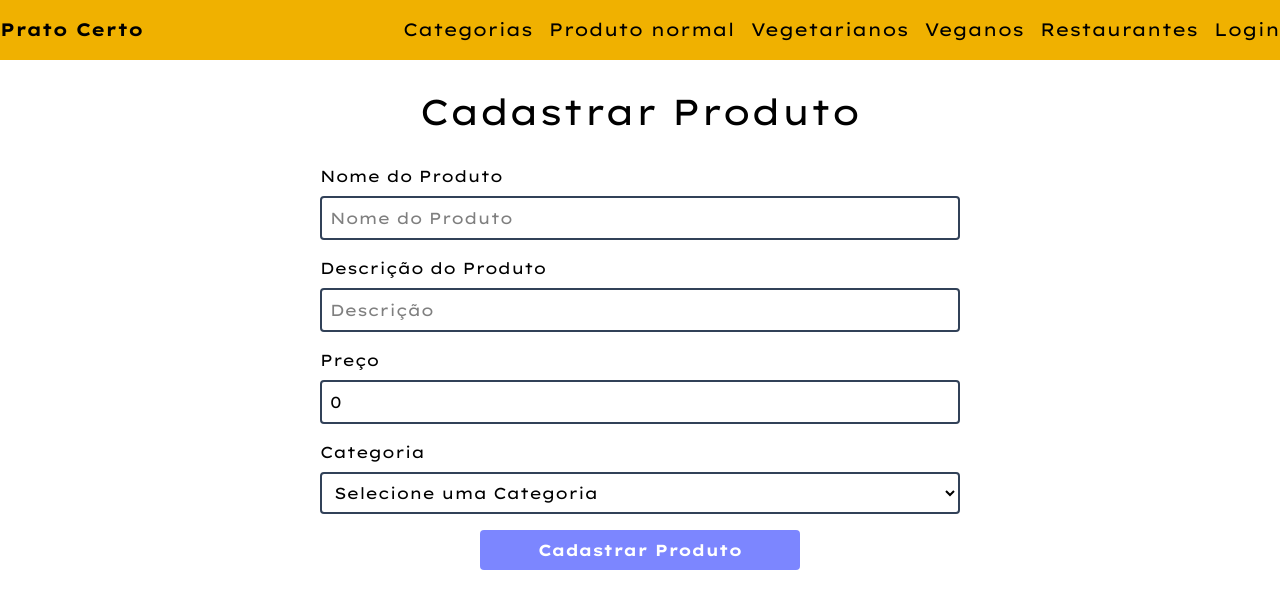
Repository: Projeto-Integrador01/pratocerto-front
Page: /cadastrarproduto
These files come from the project's save history. The page is drawn as it stood at one moment and after the next save; the edit follows.
The browser window is 1280 px wide. The pictures show the whole page.
The page's requests for data from a server got no answer. The project was rebuilt for these pictures with package versions that can differ from the ones it lists, and the page was loaded fresh each time. No one was signed in, and anything a server would have sent is missing. Also part of the build but not shown: vite.config.ts, src/pages/home/Home.tsx, src/pages/cadastro/Cadastro.tsx, src/pages/login/Login.tsx, src/components/produtos/deletarproduto/DeletarProduto.tsx, src/components/produtos/modalexcluirproduto/ModalExcluirProduto.tsx, src/components/produtos/modaleditarproduto/ModalEditarProduto.tsx, src/components/produtos/cardprodutos/CardProdutos.tsx and 2 more.

Above is the page before, as saved 2025-03-05 13:55:56.

### index.html
<!doctype html>
<html lang="pt-br">
<head>
    <meta charset="UTF-8" />
    <link rel="icon" type="image/png" href="https://s10.aconvert.com/convert/p3r68-cdx67/ay78h-9nhin.png" />
    <meta name="viewport" content="width=device-width, initial-scale=1.0" />
    <title>Prato Certo</title>
</head>
<body>
    <div id="root"></div>
    <script type="module" src="/src/main.tsx"></script>
</body>
</html>

### src/index.css

@import url('https://fonts.googleapis.com/css2?family=Lexend+Giga:wght@100..900&display=swap');
@import "tailwindcss";

@theme {
    --font-Lexend: 'Lexend Giga', sans-serif;
    --font-Century: 'Century Gothic', sans-serif;

    --color-verde-1: #025920;
    --color-verde-2: #327349;
    --color-verde-3: #2A593B;

    --color-bege-1: #F2EEB6;
    --color-bege-2: #F2DAAC;

    --color-preto: #000000;

    --color-branco: #FFFFFF;

    --color-cinza-1: #D2D2D2;
    --color-cinza-2: #BDBDBD;

    --color-vermelho: #DF5454;

  }

  body {
    font-family: var(--font-Lexend);
}

.logo {
  font-family: var(--font-Century);
  font-size: 20px;
}

### src/App.tsx
import { BrowserRouter, Route, Routes } from 'react-router-dom';
import { ToastContainer } from 'react-toastify';
import Footer from './components/footer/Footer';
import Navbar from './components/navbar/Navbar';
import { AuthProvider } from './contexts/AuthContext';
import Home from './pages/home/Home';
import FormProduto from './components/produtos/formprodutos/FormProduto';
import Cadastro from './pages/cadastro/Cadastro';
import Login from './pages/login/Login';
import ListaProduto from './components/produtos/listaproduto/ListaProduto';



function App() {
  return (
    <>
      <AuthProvider>
        <ToastContainer />
        <BrowserRouter>
          <Navbar />
          <div className='min-h-[80vh'>
            <Routes>
              <Route path='/' element={<Login />} />
              <Route path='/home' element={<Home />} />
              <Route path="/login" element={<Login />} />
              <Route path="/cadastro" element={<Cadastro />} />
              <Route path='/form' element={<FormProduto />} />
              <Route path="/produtos" element={<ListaProduto />} />
              <Route path="/cadastrarproduto" element={<FormProduto />} />
              <Route path="/cadastrarproduto/:id" element={<FormProduto />} />
              <Route path="/editarproduto/:id" element={<FormProduto />} />

            </Routes>
          </div>
          <Footer />
        </BrowserRouter>
      </AuthProvider>
    </>
  );
}

export default App;

### src/components/footer/Footer.tsx
import { FacebookLogo, InstagramLogo, LinkedinLogo } from '@phosphor-icons/react'
import { ReactNode, useContext } from 'react'
import { AuthContext } from '../../contexts/AuthContext'

function Footer() {

    const { usuario } = useContext(AuthContext)
    let data = new Date().getFullYear()

    let component: ReactNode

    if (usuario.token !== "") {
        component = (
            <div className="bg-bege-2 text-white p-4">
                <div className="container mx-auto py-8">
                    {/* Seção superior com os textos */}
                    <div className="flex justify-between items-start pb-4 text-verde-2">
                        <div className="flex flex-col">
                            <a href="COLOCAR LINK" target="_blank" rel="noopener noreferrer"
                                className="text-lg hover:text-verde-1 hover:scale-105 transition-colors duration-300">
                                | Sobre nós
                            </a>
                            <a href="COLOCAR LINK" target="_blank" rel="noopener noreferrer"
                                className="text-lg hover:text-verde-1 hover:scale-105 transition-colors duration-300">
                                | Nosso Objetivo
                            </a>
                            <a href="COLOCAR LINK" target="_blank" rel="noopener noreferrer"
                                className="text-lg hover:text-verde-1 hover:scale-105 transition-colors duration-300">
                                | Agradecimentos
                            </a>
                            <a href="COLOCAR LINK" target="_blank" rel="noopener noreferrer"
                                className="text-lg hover:text-verde-1 hover:scale-105 transition-colors duration-300">
                                | Fale Conosco
                            </a>
                        </div>
                        <div className="flex items-center gap-4">
                            <img
                                width="100px"
                                src="/src/assets/img/logo/logo_gen_preto.svg"
                                alt="Generation"
                                className="self-start"
                            />
                        </div>
                    </div>

                    {/* Linha horizontal fina */}
                    <div className="border-t border-verde-2 my-4"></div>

                    {/* Rodapé com o logo do "Prato Certo" */}
                    <div className="flex justify-between items-center">
                        <div className="flex items-center gap-4">
                            <img
                                width="40px"
                                height="40px"
                                src="/src/assets/img/logo/logo_puro.svg"
                                className="self-start"
                                alt="Prato Certo Logo"
                            />
                            <div className="flex flex-col items-start space-y-0.5">
                                <h2 className="font-bold">
                                    <span className="logo font-normal text-preto">PRATO</span>
                                    <span className="logo font-bold text-verde-2">CERTO</span>
                                </h2>
                                <span className='text-sm text-preto'>© {data} codArte</span>
                            </div>
                        </div>

                        {/* Logos das redes sociais */}
                        <div className="flex flex-col items-start space-y-0.5">
                            <p className="text-lg text-verde-2">Redes Sociais</p>
                            <div className="flex gap-4">
                                <a
                                    href="COLOCAR LINK"
                                    target="_blank"
                                    rel="noopener noreferrer"
                                    className="text-verde-2 hover:text-verde-3 hover:scale-110 transition-all duration-300">
                                    <LinkedinLogo size={32} weight="thin" />
                                </a>
                                <a
                                    href="COLOCAR LINK"
                                    target="_blank"
                                    rel="noopener noreferrer"
                                    className="text-verde-2 hover:text-verde-3 hover:scale-110 transition-all duration-300">
                                    <InstagramLogo size={32} weight="thin" />
                                </a>
                                <a
                                    href="COLOCAR LINK"
                                    target="_blank"
                                    rel="noopener noreferrer"
                                    className="text-verde-2 hover:text-verde-3 hover:scale-110 transition-all duration-300">
                                    <FacebookLogo size={32} weight="thin" />
                                </a>
                            </div>
                        </div>
                    </div>
                </div>
            </div>
        )
    }

    return (
        <>
            {component}
        </>
    )
}

export default Footer

### src/components/navbar/Navbar.tsx
import { useContext } from "react";
import { Link } from "react-router-dom";
import { AuthContext } from "../../contexts/AuthContext";

function Navbar() {
    const { usuario } = useContext(AuthContext);

    return (
        <div className="w-full flex justify-center py-4 bg-yellow-500 text-black">
            <div className="container flex justify-between text-lg">
                <span className="font-bold">Prato Certo</span>

                <div className="flex gap-4">
                    <span>Categorias</span>

                    {usuario.id !== 0 && (
                        <Link to="/produtos">Produto Logado</Link>
                    )}
                    {usuario.id === 0 && <Link to="/listarprodutos">Produto normal</Link>}

                    <span>Vegetarianos</span>
                    <span>Veganos</span>
                    <span>Restaurantes</span>


                    {usuario.id === 0 ? (
                        <Link to="/login">Login</Link>
                    ) : (
                        <button className="bg-red-500 px-3 py-1 rounded">Sair</button>
                    )}
                </div>
            </div>
        </div>
    );
}

export default Navbar;

### src/contexts/AuthContext.tsx
import { createContext, ReactNode, useState } from "react";
import RestauranteLogin from "../models/RestauranteLogin";
import { ToastAlerta } from "../utils/ToastAlerta";
import { login } from "../services/Service";

interface AuthContextProps{
    usuario: RestauranteLogin
    handleLogout(): void
    handleLogin(usuario: RestauranteLogin): Promise<void>
    isLoading: boolean
}

interface AuthProviderProps{
    children: ReactNode
}

export const AuthContext = createContext({} as AuthContextProps)

export function AuthProvider({ children }: AuthProviderProps) {

    const [usuario, setUsuario] = useState<RestauranteLogin>({
        id: 0,
        nome: "",
        usuario: "",
        senha: "",
        foto: "",
        endereco: "",
        token: "",
    })



    const [isLoading, setIsLoading] = useState(false)

    async function handleLogin(restauranteLogin: RestauranteLogin) {
        setIsLoading(true);
        try {
            await login('/restaurantes/logar', restauranteLogin, setUsuario); // Aqui você vai preencher o 'usuario' com os dados do restaurante
            ToastAlerta("Usuário foi autenticado com sucesso!", "sucesso");
        } catch (error) {
            ToastAlerta("Os dados do Usuário estão inconsistentes", "erro");
        }
        setIsLoading(false);
    }


    function handleLogout(){
        setUsuario({
            id: 0,
            nome: "",
            usuario: "",
            senha: "",
            foto: "",
            endereco: "",
            token: ""
        })
    }

    return (
        <AuthContext.Provider value={{ usuario,  handleLogin, handleLogout, isLoading }}>
            {children}
        </AuthContext.Provider>
    )
}

### src/components/produtos/formprodutos/FormProduto.tsx
import { useState, useContext, useEffect, ChangeEvent } from "react";
import { useNavigate } from "react-router-dom";
import { atualizar, cadastrar, buscarLogado } from "../../../services/Service";
import { RotatingLines } from "react-loader-spinner";
import { ToastAlerta } from "../../../utils/ToastAlerta";
import { AuthContext } from "../../../contexts/AuthContext";
import Categoria from "../../../models/Categoria";
import Produto from "../../../models/Produtos";

interface FormProdutoProps {
    produtoId?: string;
}

function FormProduto({ produtoId }: FormProdutoProps) {
    const navigate = useNavigate();
    const [isLoading, setIsLoading] = useState(false);
    const [categorias, setCategorias] = useState<Categoria[]>([]);
    const [categoria, setCategoria] = useState<Categoria>({} as Categoria);
    const { usuario, handleLogout } = useContext(AuthContext);
    const token = usuario.token;

    const [produto, setProduto] = useState<Produto | null>(null);

    useEffect(() => {
        buscarCategorias();
        if (produtoId) {
            buscarProdutoPorId(produtoId);
        } else {
            setProduto({
                id: "",
                nome: "",
                descricao: "",
                preco: 0,
                foto: "",
                tipoAlimento: "",
                categoria: {} as Categoria,
                restaurante: usuario,
            });
        }
    }, [produtoId]);

    async function buscarProdutoPorId(id: string) {
        try {
            await buscarLogado(`/produtos/${id}`, (data: Produto) => {
                setProduto(data);
                setCategoria(data.categoria);
            }, {
                headers: { Authorization: token },
            });
        } catch (error: any) {
            if (error.toString().includes("403")) {
                handleLogout();
            }
        }
    }

    async function buscarCategorias() {
        try {
            await buscarLogado("/categorias", setCategorias, {
                headers: { Authorization: token },
            });
        } catch (error: any) {
            if (error.toString().includes("403")) {
                handleLogout();
            }
        }
    }

    function atualizarEstado(e: ChangeEvent<HTMLInputElement | HTMLSelectElement>) {
        if (!produto) return;

        setProduto({
            ...produto,
            [e.target.name]: e.target.value,
            categoria: categoria,
            restaurante: usuario,
        });
    }

    async function enviarFormulario(e: ChangeEvent<HTMLFormElement>) {
        e.preventDefault();
        setIsLoading(true);

        try {
            if (produtoId) {
                await atualizar("/produtos", produto, setProduto, {
                    headers: { Authorization: token },
                });
                ToastAlerta("Produto atualizado com sucesso!", "sucesso");
            } else {
                await cadastrar("/produtos", produto, setProduto, {
                    headers: { Authorization: token },
                });
                ToastAlerta("Produto cadastrado com sucesso!", "sucesso");
            }
        } catch (error: any) {
            if (error.toString().includes("403")) {
                handleLogout();
            } else {
                ToastAlerta(`Erro ao ${produtoId ? "atualizar" : "cadastrar"} produto!`, "erro");
            }
        }

        setIsLoading(false);
        navigate("/produtos");
    }

    if (!produto) return <p>Carregando...</p>;

    return (
        <div className="container flex flex-col mx-auto items-center">
            <h1 className="text-4xl text-center my-8">
                {produtoId ? "Editar Produto" : "Cadastrar Produto"}
            </h1>

            <form className="flex flex-col w-1/2 gap-4" onSubmit={enviarFormulario}>
                {/* Nome */}
                <div className="flex flex-col gap-2">
                    <label htmlFor="nome">Nome do Produto</label>
                    <input
                        type="text"
                        name="nome"
                        placeholder="Nome do Produto"
                        required
                        className="border-2 border-slate-700 rounded p-2"
                        value={produto.nome || ""}
                        onChange={atualizarEstado}
                    />
                </div>

                {/* Descrição */}
                <div className="flex flex-col gap-2">
                    <label htmlFor="descricao">Descrição do Produto</label>
                    <input
                        type="text"
                        name="descricao"
                        placeholder="Descrição"
                        required
                        className="border-2 border-slate-700 rounded p-2"
                        value={produto.descricao || ""}
                        onChange={atualizarEstado}
                    />
                </div>

                {/* Preço */}
                <div className="flex flex-col gap-2">
                    <label htmlFor="preco">Preço</label>
                    <input
                        type="number"
                        step="0.01"
                        name="preco"
                        required
                        className="border-2 border-slate-700 rounded p-2"
                        value={produto.preco.toString()}
                        onChange={atualizarEstado}
                    />
                </div>

                {/* Categoria */}
                <div className="flex flex-col gap-2">
                    <label htmlFor="categoria">Categoria</label>
                    <select
                        name="categoria"
                        className="border-2 border-slate-700 rounded p-2"
                        value={categoria.id || ""}
                        onChange={(e) => buscarProdutoPorId(e.target.value)}
                    >
                        <option value="" disabled>Selecione uma Categoria</option>
                        {categorias.map((cat) => (
                            <option key={cat.id} value={cat.id}>{cat.nome}</option>
                        ))}
                    </select>
                </div>

                {/* Botão de Enviar */}
                <button
                    type="submit"
                    className="rounded bg-indigo-400 hover:bg-indigo-800 text-white font-bold w-1/2 mx-auto py-2"
                    disabled={isLoading}
                >
                    {isLoading ? (
                        <RotatingLines strokeColor="white" width="24" />
                    ) : (
                        <span>{produtoId ? "Atualizar Produto" : "Cadastrar Produto"}</span>
                    )}
                </button>
            </form>
        </div>
    );
}

export default FormProduto;

### src/services/Service.tsx
import axios from "axios";

const api = axios.create({
    baseURL:"https://pratocerto.onrender.com/"
})

export const cadastrarRestaurante = async (url:string, dados: Object, setDados: Function) => {
    const resposta = await api.post(url, dados)
    setDados(resposta.data)
}

export const login = async (url:string, dados: Object, setDados: Function) =>{
    const resposta = await api.post(url, dados)
    setDados(resposta.data)
}

export const buscar = async (url: string, setDados: Function) => {
    const resposta = await api.get(url)
    setDados(resposta.data)
}

export const buscarLogado = async (url: string, setDados: Function, header: object) => {
    const resposta = await api.get(url, header)
    setDados(resposta.data)
}

export const cadastrar = async (url:string, dados: Object, setDados:Function, header: Object) =>{
    const resposta = await api.post(url, dados, header)
    setDados(resposta.data)
}


export const atualizar = async (url:string, dados: Object, setDados:Function, header: Object) =>{
    const resposta = await api.put(url, dados, header)
    setDados(resposta.data)
}

export const deletar = async (url: string, header: Object) => {
    await api.delete(url, header)
}

Loaded but not shown: src/main.tsx (common file); src/utils/ToastAlerta.ts (common file)

After the next save:
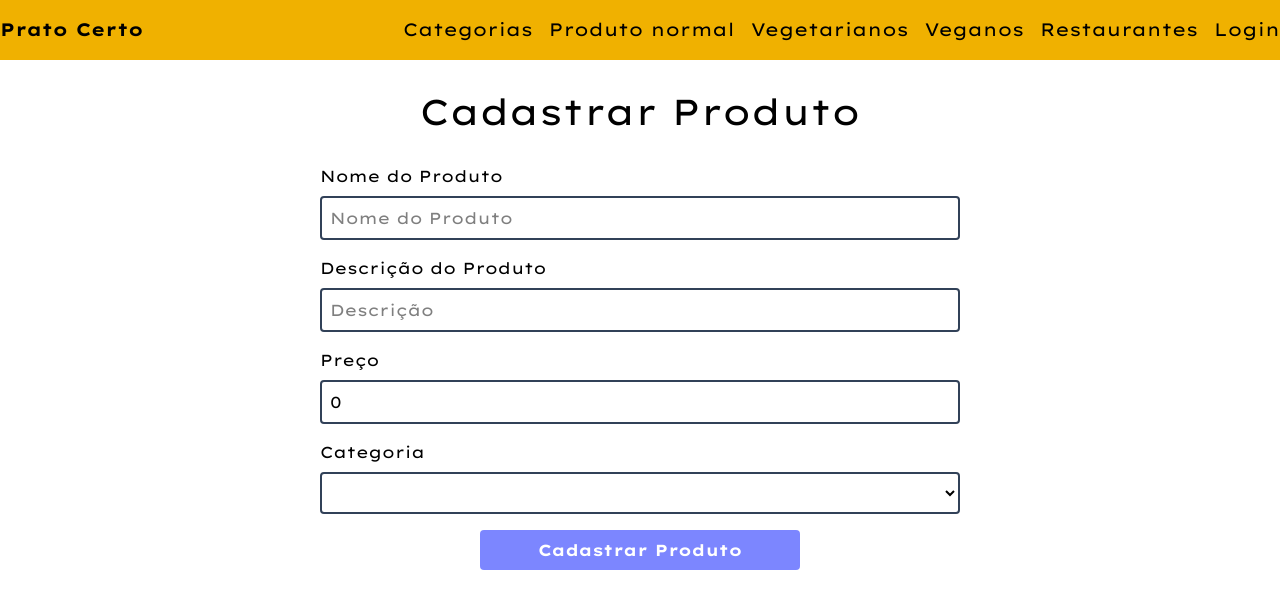
Saved 38 s later.
--- a/src/components/produtos/formprodutos/FormProduto.tsx
+++ b/src/components/produtos/formprodutos/FormProduto.tsx
@@ -8,7 +8,7 @@ import Categoria from "../../../models/Categoria";
 import Produto from "../../../models/Produtos";
 
 interface FormProdutoProps {
-    produtoId?: string;
+    produtoId?: string; // O ID pode ser opcional
 }
 
 function FormProduto({ produtoId }: FormProdutoProps) {
@@ -19,32 +19,28 @@ function FormProduto({ produtoId }: FormProdutoProps) {
     const { usuario, handleLogout } = useContext(AuthContext);
     const token = usuario.token;
 
-    const [produto, setProduto] = useState<Produto | null>(null);
+    const [produto, setProduto] = useState<Produto>({
+        id: "",
+        nome: "",
+        descricao: "",
+        preco: 0,
+        foto: "",
+        tipoAlimento: "",
+        categoria: categoria,
+        restaurante: usuario,
+    });
 
+    // Se tiver um ID, busca o produto para edição
     useEffect(() => {
         buscarCategorias();
         if (produtoId) {
             buscarProdutoPorId(produtoId);
-        } else {
-            setProduto({
-                id: "",
-                nome: "",
-                descricao: "",
-                preco: 0,
-                foto: "",
-                tipoAlimento: "",
-                categoria: {} as Categoria,
-                restaurante: usuario,
-            });
         }
     }, [produtoId]);
 
     async function buscarProdutoPorId(id: string) {
         try {
-            await buscarLogado(`/produtos/${id}`, (data: Produto) => {
-                setProduto(data);
-                setCategoria(data.categoria);
-            }, {
+            await buscarLogado(`/produtos/${id}`, setProduto, {
                 headers: { Authorization: token },
             });
         } catch (error: any) {
@@ -66,9 +62,19 @@ function FormProduto({ produtoId }: FormProdutoProps) {
         }
     }
 
+    async function buscarCategoriaPorId(id: string) {
+        try {
+            await buscarLogado(`/categorias/${id}`, setCategoria, {
+                headers: { Authorization: token },
+            });
+        } catch (error: any) {
+            if (error.toString().includes("403")) {
+                handleLogout();
+            }
+        }
+    }
+
     function atualizarEstado(e: ChangeEvent<HTMLInputElement | HTMLSelectElement>) {
-        if (!produto) return;
-
         setProduto({
             ...produto,
             [e.target.name]: e.target.value,
@@ -105,8 +111,6 @@ function FormProduto({ produtoId }: FormProdutoProps) {
         navigate("/produtos");
     }
 
-    if (!produto) return <p>Carregando...</p>;
-
     return (
         <div className="container flex flex-col mx-auto items-center">
             <h1 className="text-4xl text-center my-8">
@@ -123,7 +127,7 @@ function FormProduto({ produtoId }: FormProdutoProps) {
                         placeholder="Nome do Produto"
                         required
                         className="border-2 border-slate-700 rounded p-2"
-                        value={produto.nome || ""}
+                        value={produto.nome}
                         onChange={atualizarEstado}
                     />
                 </div>
@@ -137,7 +141,7 @@ function FormProduto({ produtoId }: FormProdutoProps) {
                         placeholder="Descrição"
                         required
                         className="border-2 border-slate-700 rounded p-2"
-                        value={produto.descricao || ""}
+                        value={produto.descricao}
                         onChange={atualizarEstado}
                     />
                 </div>
@@ -162,8 +166,8 @@ function FormProduto({ produtoId }: FormProdutoProps) {
                     <select
                         name="categoria"
                         className="border-2 border-slate-700 rounded p-2"
-                        value={categoria.id || ""}
-                        onChange={(e) => buscarProdutoPorId(e.target.value)}
+                        value={categoria.id}
+                        onChange={(e) => buscarCategoriaPorId(e.target.value)}
                     >
                         <option value="" disabled>Selecione uma Categoria</option>
                         {categorias.map((cat) => (
